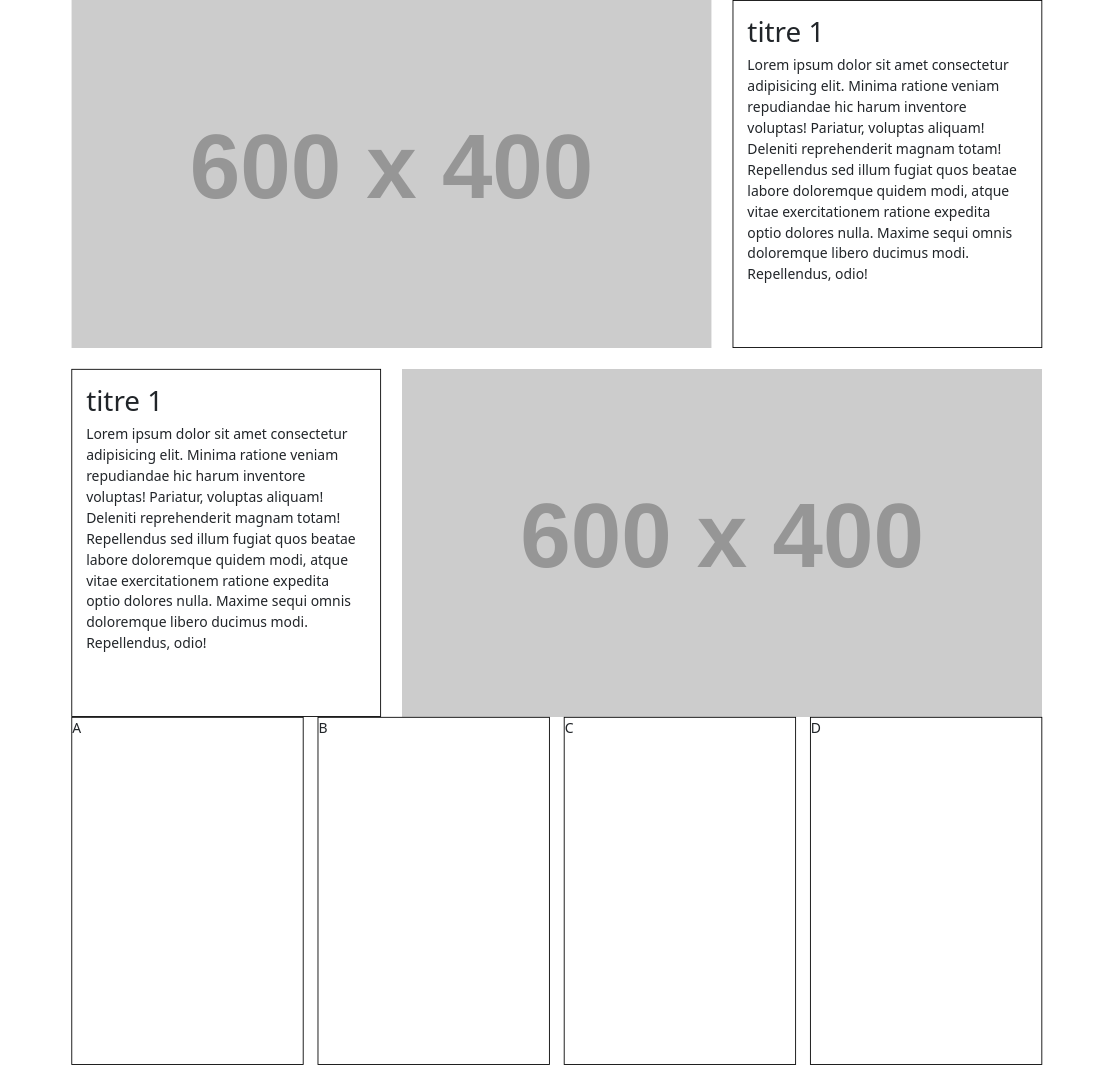
Repository: fbansept/ran3_24_jeu
Page: correction-tp.html
These files come from the project's save history. The page is drawn as it stood at one moment and after a run of saves; the edit follows.
The browser window is 1280 px wide. The pictures show the whole page, at 87% of full size.

Above is the page before, as saved 2024-10-22 14:53:24.

After the next 4 saves:
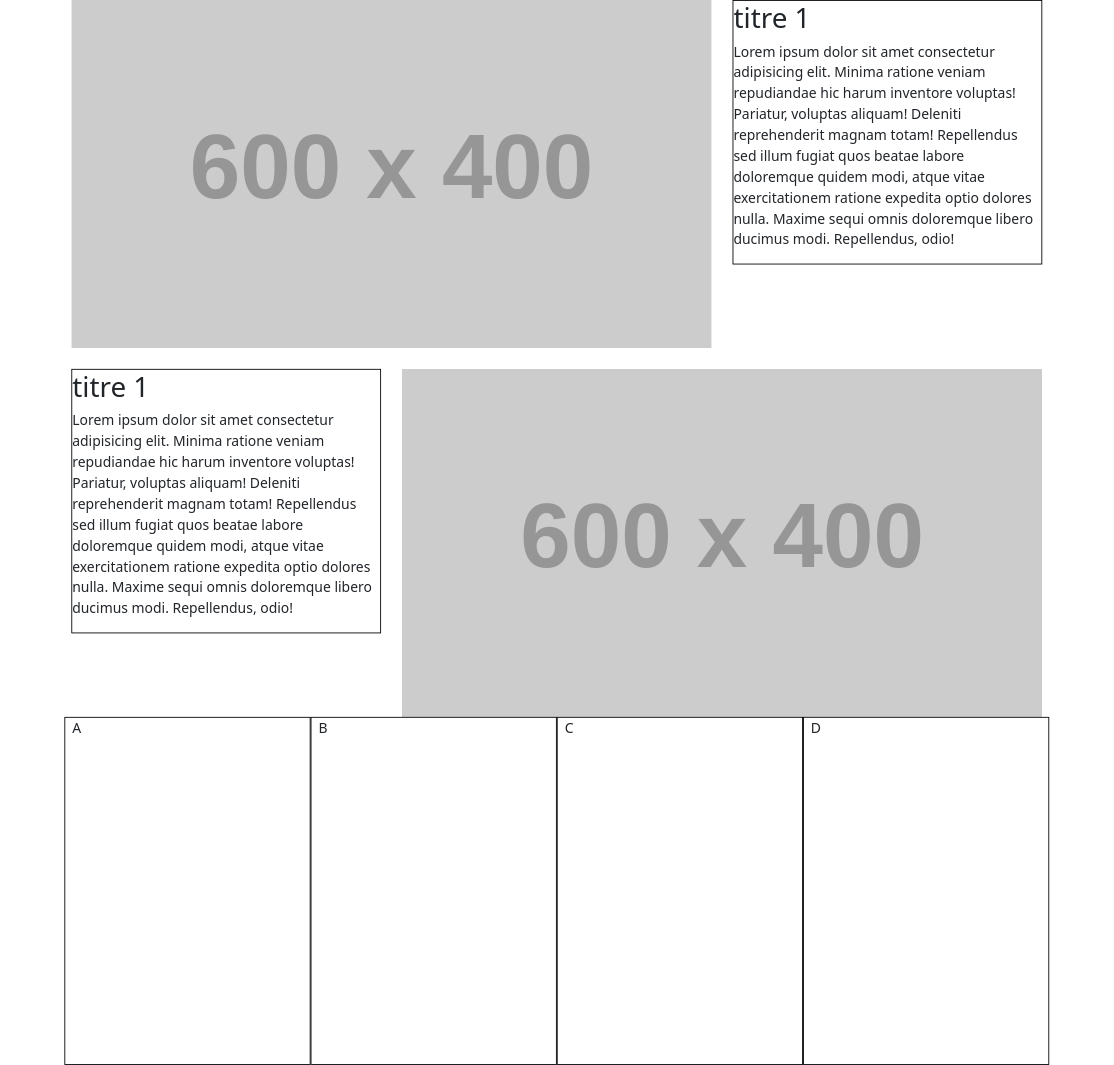
The 4 saves are shown as one change because they came seconds apart.
The last was saved 53 s later.
--- a/style.css
+++ b/style.css
@@ -1,18 +1,15 @@
 section > div > img,
-section > article > div,
+section > article,
 section > div > article {
   height: 400px;
 }
 
-section > article > div,
+section > article,
 section > div > article > div {
   border: 1px solid black;
 }
 
-section > div > article > div {
-  height: 100%;
-  padding: 1em;
-}
+
 
 section > div > img {
   object-fit: cover;

After the 4 saves that followed:
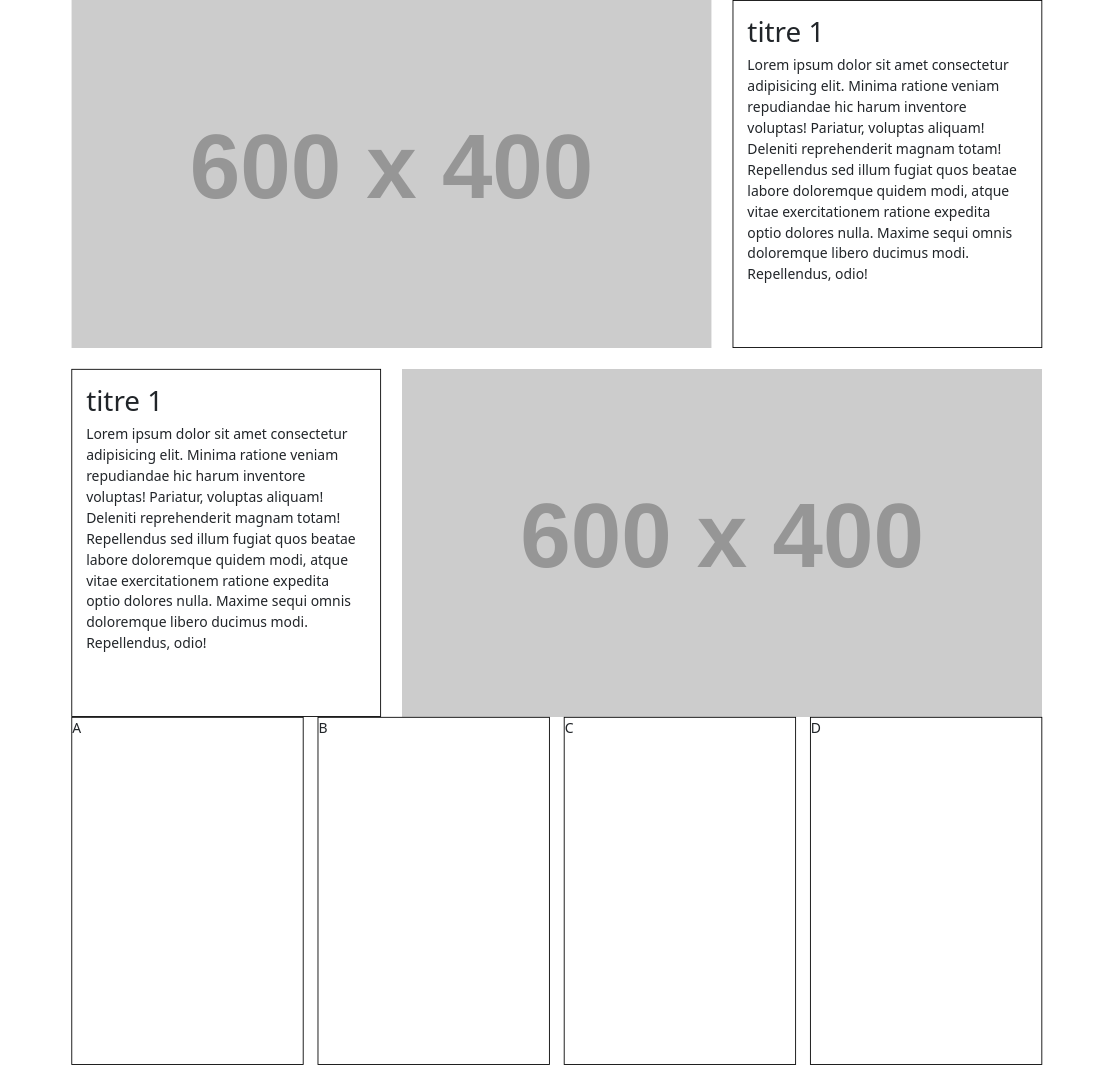
The 4 saves are shown as one change because 3 left the picture as it was.
The last was saved 3 min 37 s later.
--- a/style.css
+++ b/style.css
@@ -1,15 +1,18 @@
 section > div > img,
-section > article,
+section > article > div,
 section > div > article {
   height: 400px;
 }
 
-section > article,
+section > article > div,
 section > div > article > div {
   border: 1px solid black;
 }
 
-
+section > div > article > div {
+  height: 100%;
+  padding: 1em;
+}
 
 section > div > img {
   object-fit: cover;
